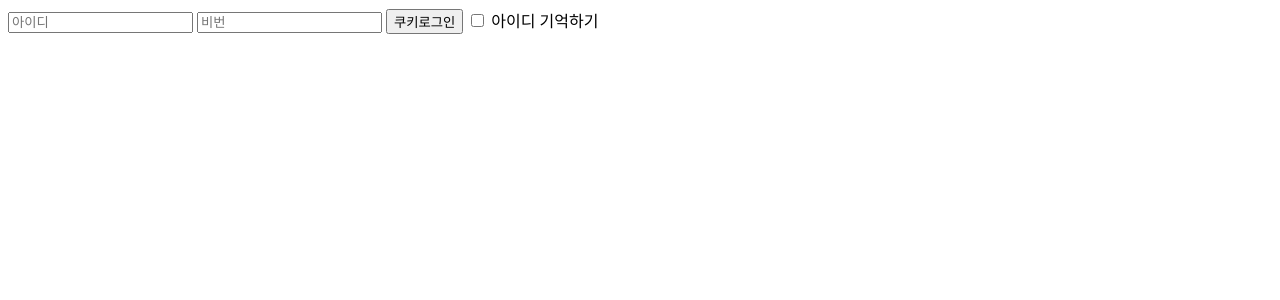
Repository: Muji1412/JSPstudy
Page: http://localhost/JSPbasic/cookie/cookie_ex01.jsp
These files come from the project's save history. The page is drawn as it stood at one moment and after the next save; the edit follows.
The browser window is 1280 px wide. The pictures show the whole page.
The page is served by Tomcat 9.

Above is the page before, as saved 2025-02-20 07:31:35.

After the next save:
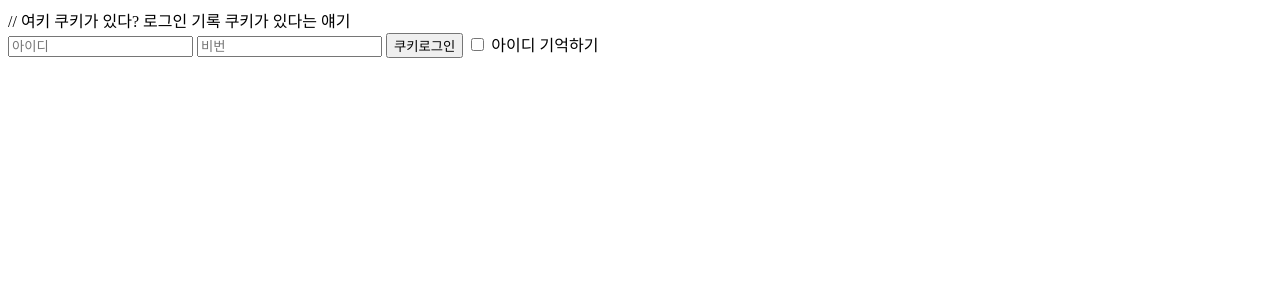
Saved 8 min 23 s later.
--- a/workspace/JSPbasic/src/main/webapp/cookie/cookie_ex01.jsp
+++ b/workspace/JSPbasic/src/main/webapp/cookie/cookie_ex01.jsp
@@ -1,5 +1,22 @@
 <%@ page language="java" contentType="text/html; charset=UTF-8"
     pageEncoding="UTF-8"%>
+
+<%
+	Cookie[] arr = request.getCookies();
+
+
+
+	String saveId = null;
+	if(arr != null){
+		for(Cookie coo : arr){
+			if(coo.getName().equals("saveId")){
+				saveId = coo.getValue();
+			}
+		}
+	}
+%>
+	// 여키 쿠키가 있다? 로그인 기록 쿠키가 있다는 얘기
+
 <!DOCTYPE html>
 <html>
 <head>
@@ -7,7 +24,17 @@
 <title>Insert title here</title>
 </head>
 <body>
-	<form action="cookie_ex01_result.jsp">
+
+	<!--
+	로그인 성공하면 아이디 기록용 쿠키를 하나 생성
+	이 페이지에 진입할때 아이디 기록용 쿠키가 있다면
+	input태그에 쿠키값을 미리 찍어주면 됩니다.
+
+
+	 -->
+
+
+	<form action="cookie_ex01_result.jsp" method="post" >
 		<input type="text" name = "id" placeholder="아이디">
 		<input type="text" name = "pw" placeholder="비번">
 		<input type ="submit" value ="쿠키로그인">
